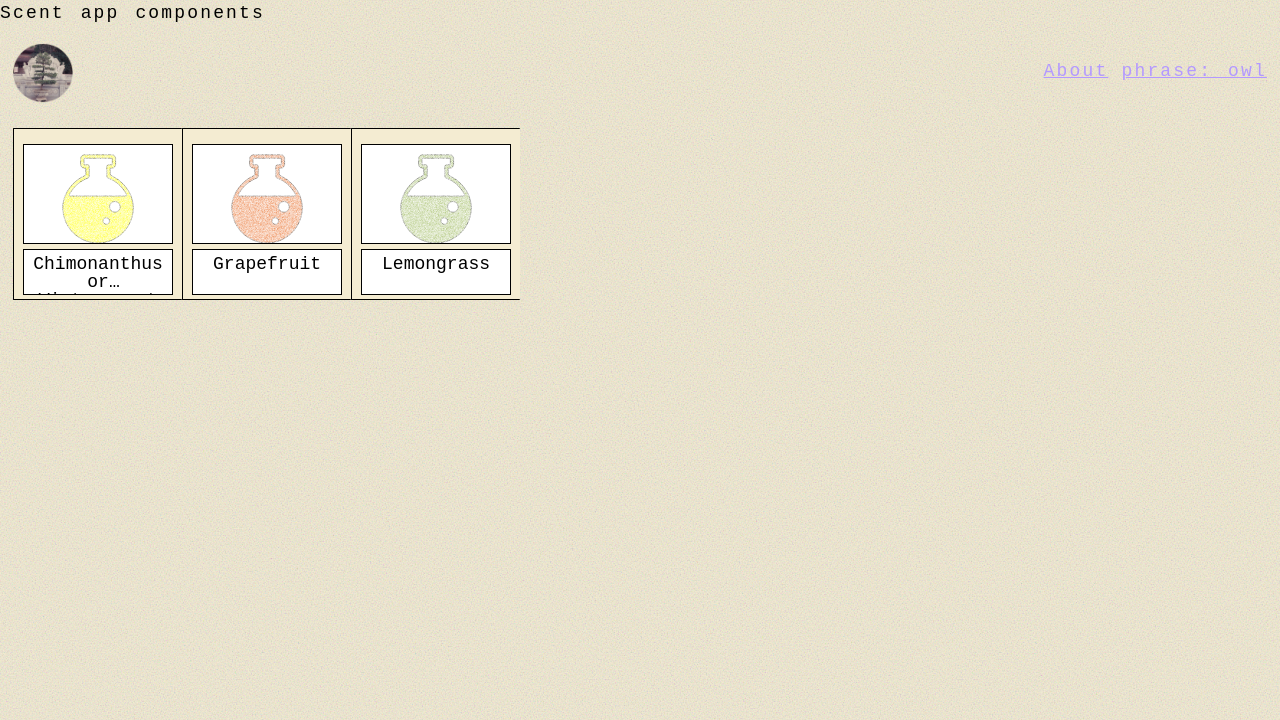
Repository: magiai/scent-app
Page: /
These files come from the project's save history. The page is drawn as it stood at one moment and after the next save; the edit follows.
The browser window is 1280 px wide. The pictures show the whole page.
The project was rebuilt for these pictures with package versions that can differ from the ones it lists, and the page was loaded fresh each time. The framework's server and built-in components were replaced by stand-ins that run in the browser.

Above is the page before, as saved 2022-11-30 15:49:23.

After the next save:
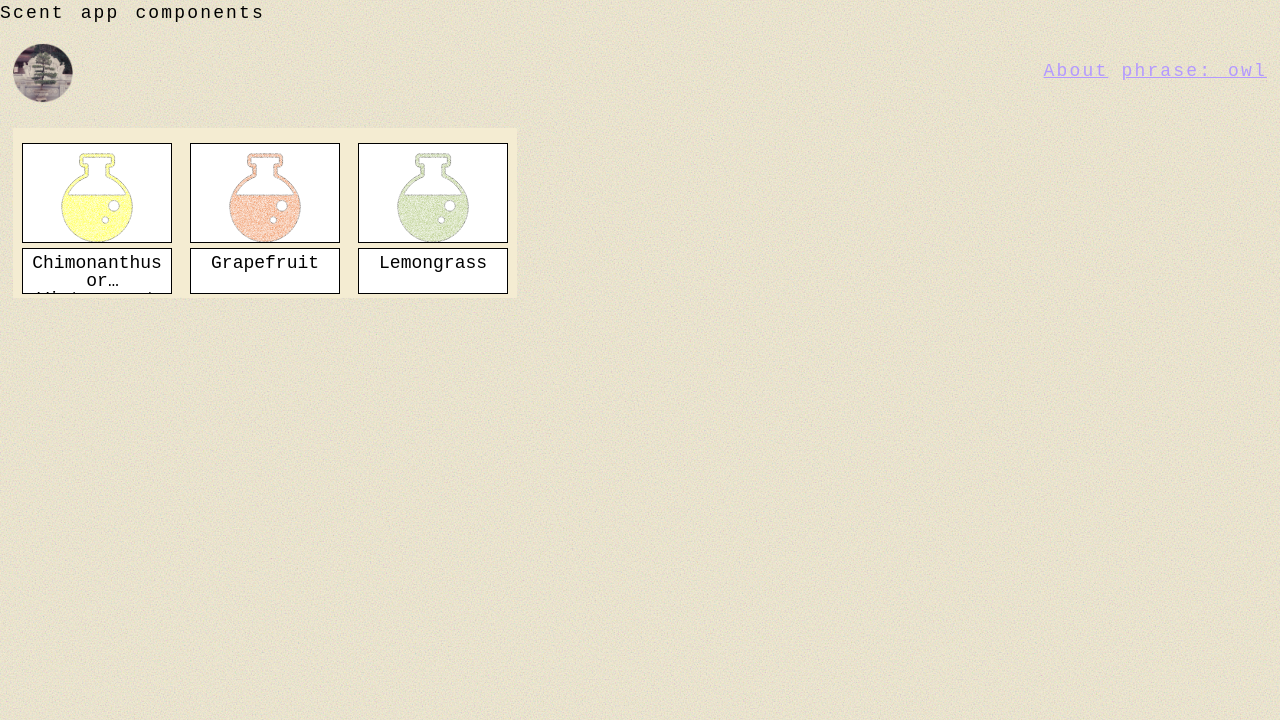
Saved 112 s later.
--- a/components/scent/scent.module.css
+++ b/components/scent/scent.module.css
@@ -1,5 +1,5 @@
 .svg--bottle,
-button {
+.button--scent {
     border-top-width: var(--button__border__width);
     border-left-width: var(--button__border__width);
     border-bottom-width: var(--button__border__width);
@@ -7,7 +7,7 @@ button {
     border-style: solid;
 }
 
-button {
+.button--scent {
     border-right-width: 0rem;
     color: black;
     transition-property: transform;
@@ -15,9 +15,9 @@ button {
     transition-timing-function: ease-out;
 }
 
-button:active,
-button:focus,
-button:hover,
+.button--scent:active,
+.button--scent:focus,
+.button--scent:hover,
 [class$="chosen--true"] {
     background-color: rgba(87, 69, 58, 0.7);
 }
@@ -38,9 +38,9 @@ svg.svg--bottle {
     transform: scale(0.9);
 }
 
-button:active #bottle__path,
-button:focus #bottle__path,
-button:hover #bottle__path,
+.button--scent:active #bottle__path,
+.button--scent:focus #bottle__path,
+.button--scent:hover #bottle__path,
 [class$="chosen--true"] #bottle__path {
     transform: rotateZ(20deg) translateX(0%) translateY(-3%) scale(0.9);
 }
@@ -63,7 +63,7 @@ button:hover #bottle__path,
     transition-timing-function: ease-in;
 }
 
-button:hover .button--svg__label {
+.button--scent:hover .button--svg__label {
     height: auto;
     min-height: var(--button--svg__label__height);
     overflow: visible;

After the save that followed:
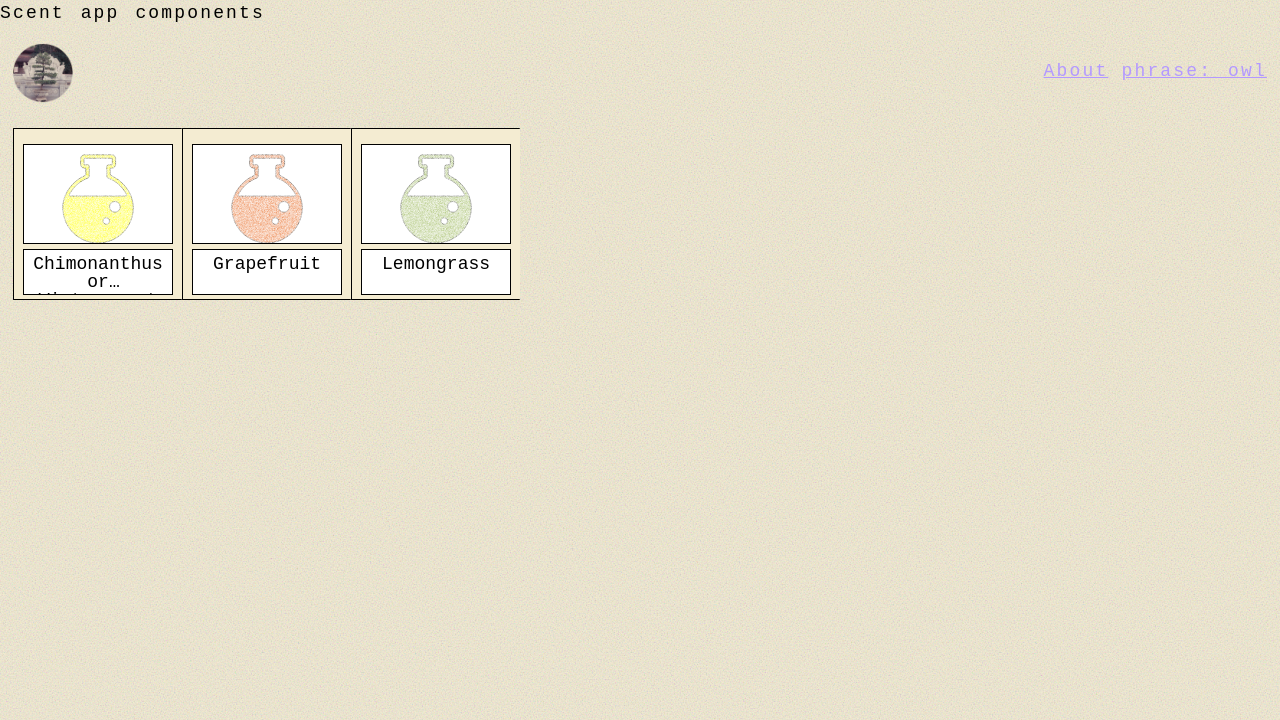
Saved 2 s later.
--- a/components/scent/Scent.tsx
+++ b/components/scent/Scent.tsx
@@ -31,7 +31,7 @@ export const Scent = ({
     return (
         <button
             type="button"
-            className= {`${styles.button} ${styles.button}--chosen--${isScentChosen}`}
+            className= {`${styles['button--scent']} ${styles.button}--chosen--${isScentChosen}`}
             // ${styles[`chosen--${isScentChosen}`]}
             {...props}
             onClick = { handleButtonClick }>
